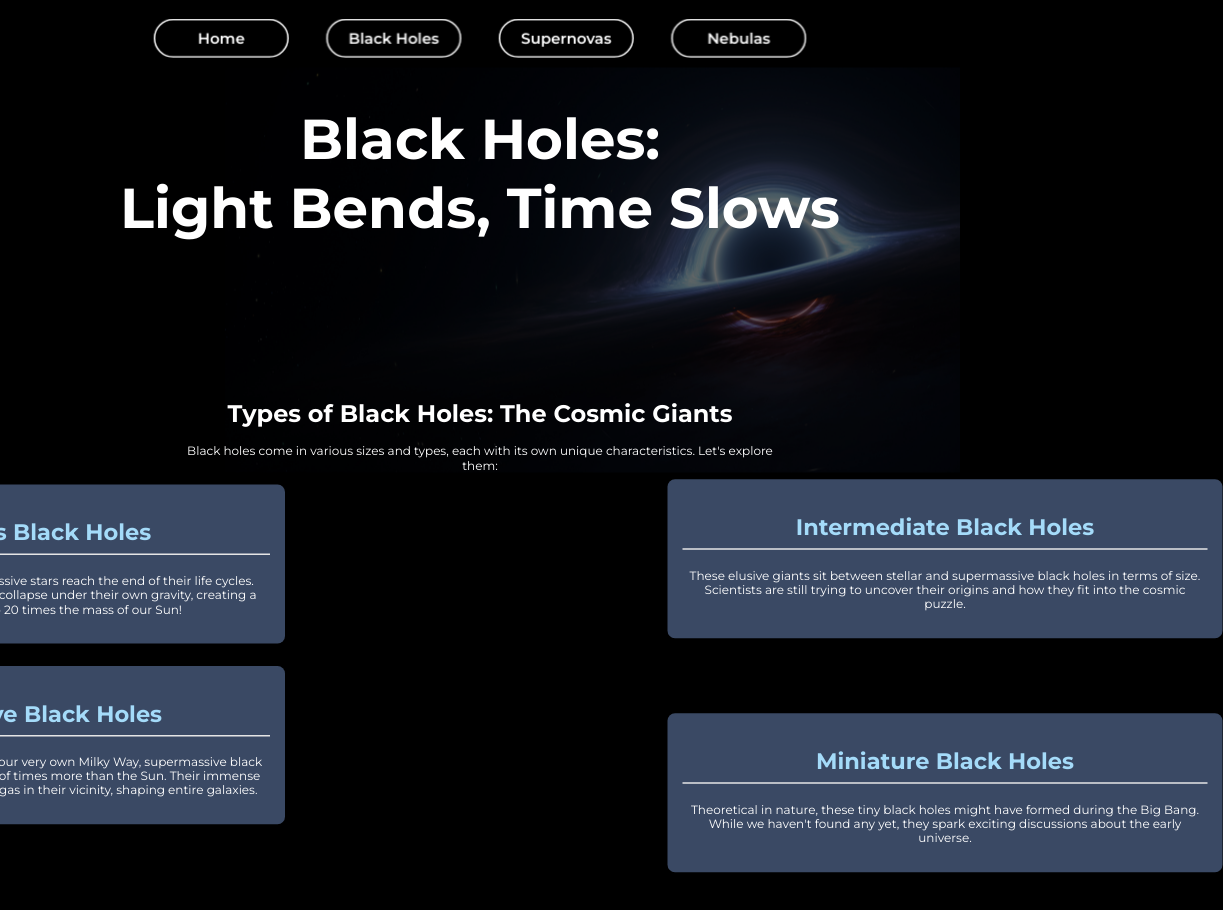
Repository: english-only/Space-Website
Page: black_hole.html
An editor plug-in stored every save of this project. The page is shown before and after the next save, followed by the edit.
The browser window is 1280 px wide. The page is 1630 px wide, so the pictures cover 1630 px, including what lies to the right of the window. The pictures show the whole page, at 75% of full size.
Backgrounds fixed to the window are drawn as part of the page.

Above is the page before, as saved 2024-12-18 23:23:27.

After the next save:
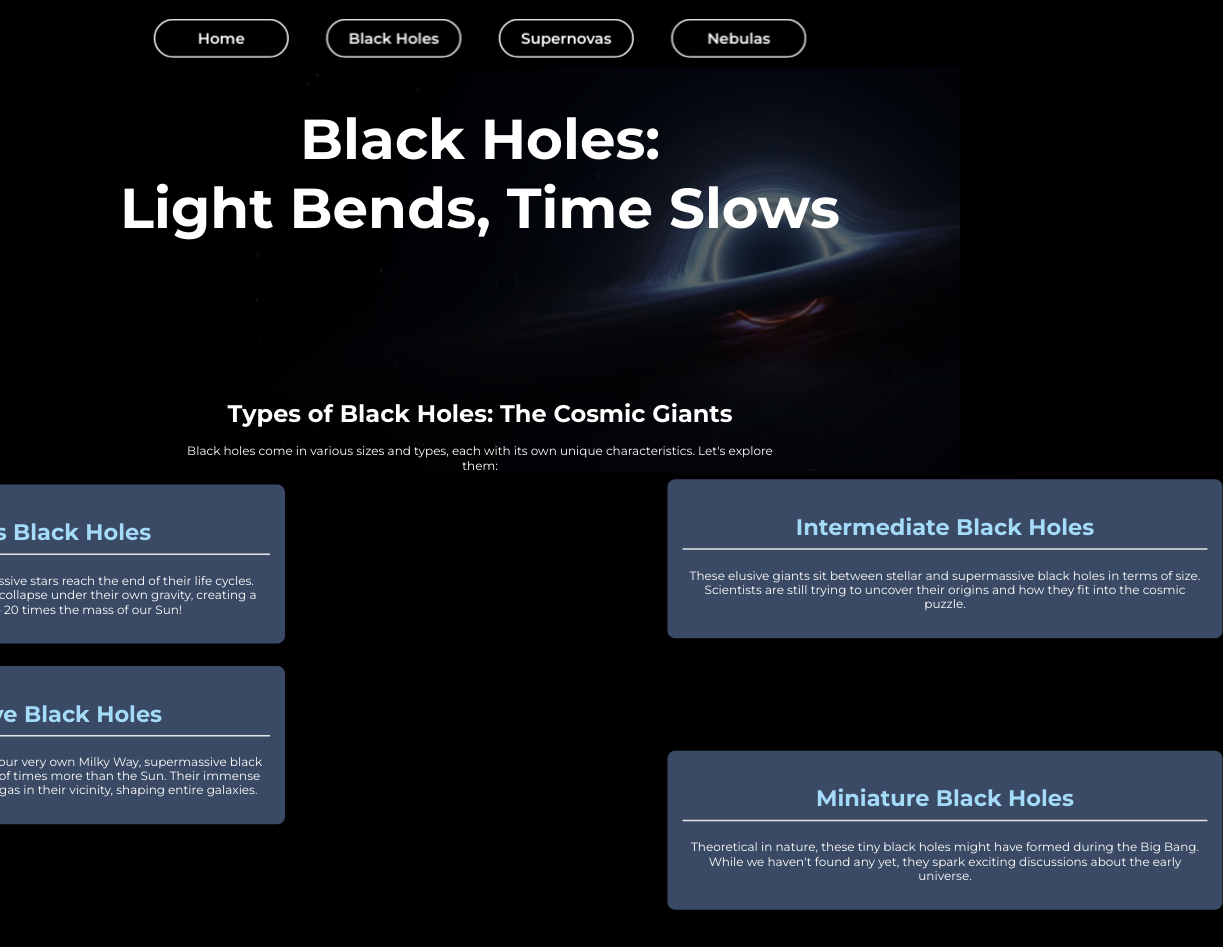
Saved 6 s later.
--- a/main.css
+++ b/main.css
@@ -365,7 +365,7 @@ h1 {
 
 .intermediate {
   margin-top: -490px;
-  margin-bottom: 100px;
+  margin-bottom: 150px;
 }
 
 .black-hole-container {
